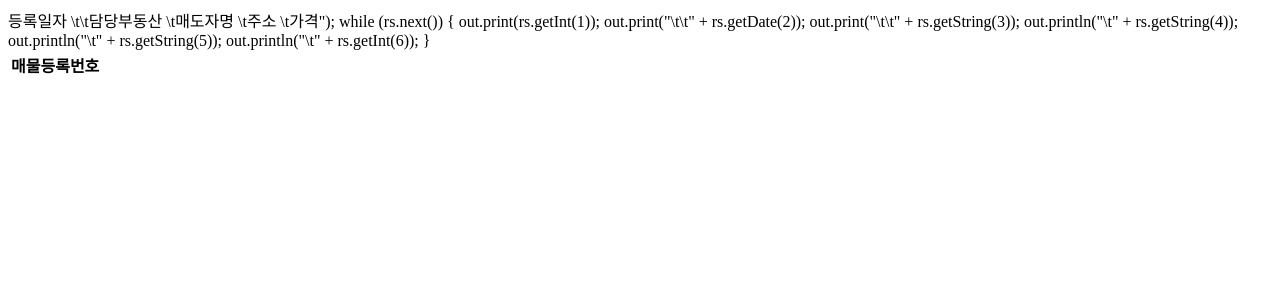
Repository: Leekm0912/2-1_JSP-DB_Project
Page: http://localhost/WebTest/DB/DBTest.jsp
An editor plug-in stored every save of this project. The page is shown before and after the next save, followed by the edit.
The browser window is 1280 px wide. The pictures show the whole page.
The page is served by Tomcat 9. Other server files are loaded and not shown. Queries for data that is not in the repository find no rows.

Above is the page before, as saved 2020-06-10 01:26:41.

### WebTest/WebContent/DB/DBTest.jsp
<%@ page contentType="text/html; charset=utf-8"%>
<%@ page import="java.sql.*"%>
<%@ page import="java.io.*"%>
<%@ page import="java.sql.CallableStatement"%>
<%
	Connection con = null;
	String url = "jdbc:oracle:thin:@localhost:1521:orcl";
	/* 11g express edition은 orcl 대신 XE를 입력한다. */
	String userid = "MYDB";
	String pwd = "dongsu14";

	try { /* 드라이버를 찾는 과정 */
		Class.forName("oracle.jdbc.driver.OracleDriver");
		System.out.println("드라이버 로드 성공");
	} catch (ClassNotFoundException e) {
		e.printStackTrace();
	}

	try { /* 데이터베이스를 연결하는 과정 */
		System.out.println("데이터베이스 연결 준비 ...");
		con = DriverManager.getConnection(url, userid, pwd);
		System.out.println("데이터베이스 연결 성공");
	} catch (SQLException e) {
		e.printStackTrace();
	}

	String query = "SELECT * FROM 상세매물"; /* SQL 문 */
	try { /* 데이터베이스에 질의 결과를 가져오는 과정 */
		Statement stmt = con.createStatement();
		ResultSet rs = stmt.executeQuery(query);
%>

	<table>
		<th>매물등록번호</th>등록일자 \t\t담당부동산 \t매도자명 \t주소 \t가격</h1>");
		while (rs.next()) {
			out.print(rs.getInt(1));
			out.print("\t\t" + rs.getDate(2));
			out.print("\t\t" + rs.getString(3));
			out.println("\t" + rs.getString(4));
			out.println("\t" + rs.getString(5));
			out.println("\t" + rs.getInt(6));
		}
<%
		con.close();
	} catch (SQLException e) {
		e.printStackTrace();
}
%>

After the next save:
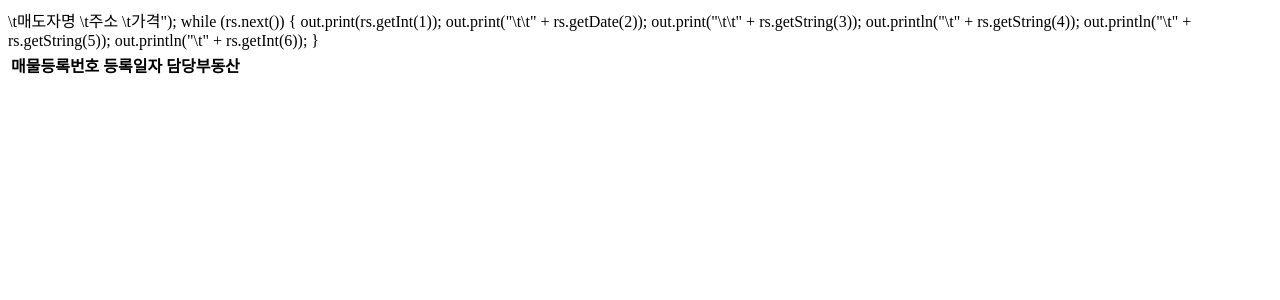
Saved 29 s later.
--- a/WebTest/WebContent/DB/DBTest.jsp
+++ b/WebTest/WebContent/DB/DBTest.jsp
@@ -31,7 +31,9 @@
 %>
 
 	<table>
-		<th>매물등록번호</th>등록일자 \t\t담당부동산 \t매도자명 \t주소 \t가격</h1>");
+		<th>매물등록번호</th>
+		<th>등록일자</th>
+		<th>담당부동산</th> \t매도자명 \t주소 \t가격</h1>");
 		while (rs.next()) {
 			out.print(rs.getInt(1));
 			out.print("\t\t" + rs.getDate(2));
